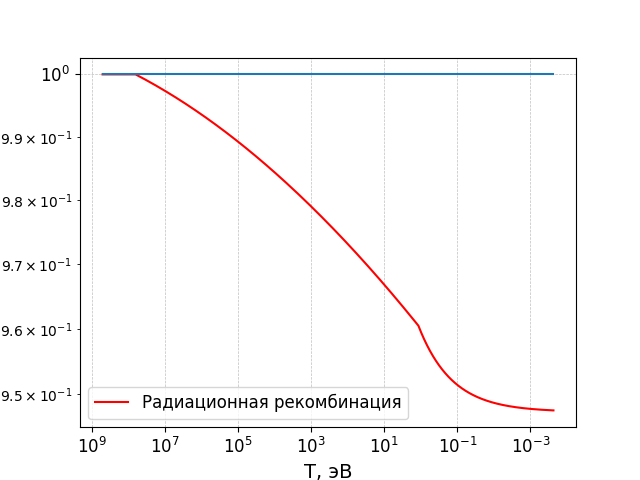
Repository: impermast/recombination
Script's output: python raschet/rec.py
An editor plug-in stored every save of this project. The script's output is shown before and after the next save, followed by the edit.
Random numbers start from a fixed seed.

Above is the script's output before, as saved 2023-05-17 16:12:28.

After the next save:
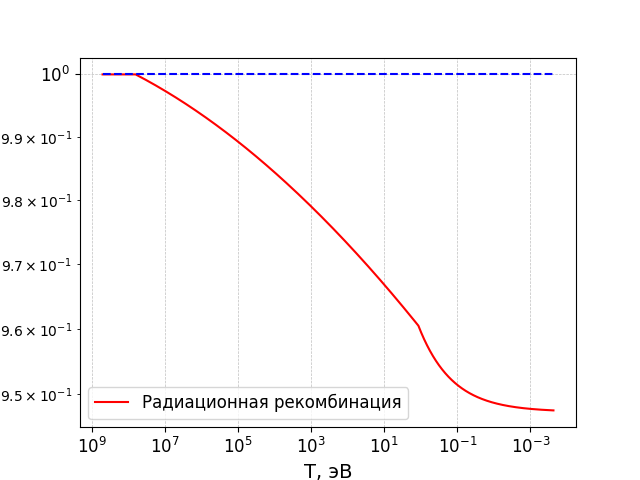
Saved 12 s later.
--- a/raschet/rec.py
+++ b/raschet/rec.py
@@ -242,7 +242,7 @@ def graph(T,rk,r3,rcl,rlim):
     # ax.plot(T,rlim, "--g",label ="Предел применимости")
     ax.plot(T,rk,'r', label ="Радиационная рекомбинация")
     # ax.plot(T,rcl,'g', label ="Классическая рекомбинация")
-    ax.plot(T,[1]*len(T))
+    ax.plot(T,[1]*len(T),'--b')
     ax.set_xlabel('T, эВ', fontsize=14)
     ax.set_ylabel(r'$r/r_0$', fontsize=14)
     # ax.set_xlim([10**8, 10**3])
